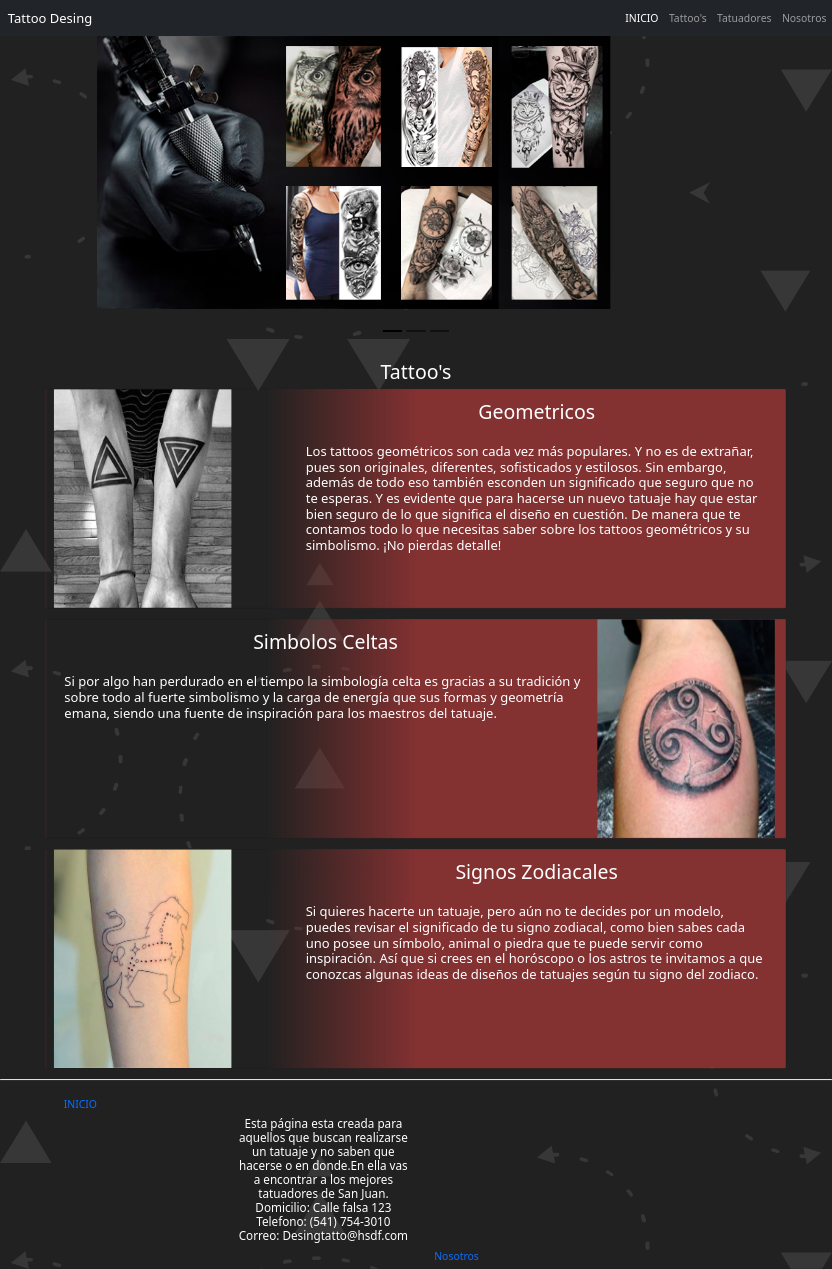
Repository: Vladimir-22/TatooDesign
Page: index.html
An editor plug-in stored every save of this project. The page is shown before and after the next save, followed by the edit.
The browser window is 1280 px wide. The pictures show the whole page, at 65% of full size.
Some web libraries are served in a nearby version.

Above is the page before, as saved 2021-05-19 21:47:34.

After the next save:
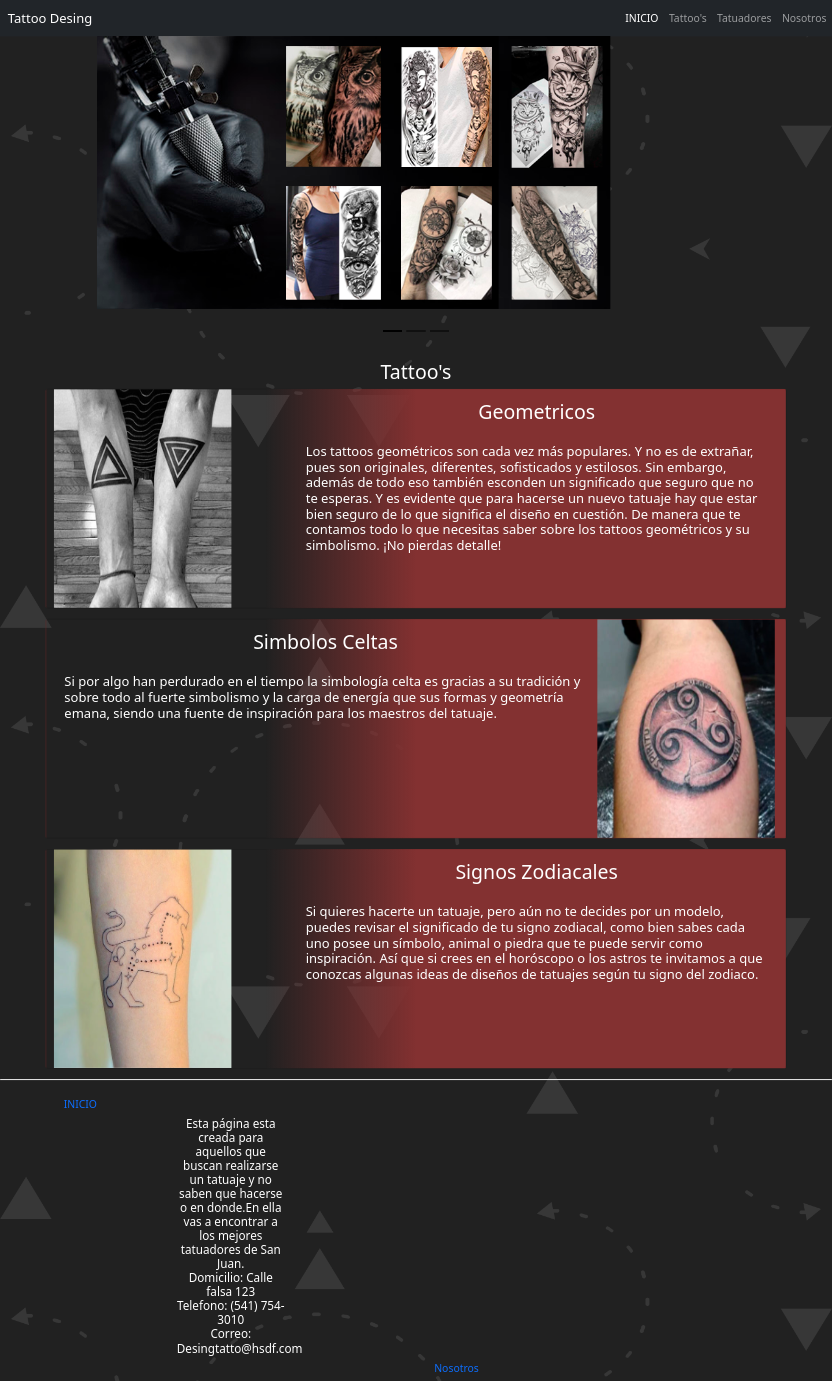
Saved 40 s later.
--- a/index.html
+++ b/index.html
@@ -268,16 +268,17 @@
       <div id="footer" class="card mb-3" style="auto"></div>
         <div class="container">
             <div class="row">
-                <div class="col-md-2">
+                <div class="col-md-3">
                     <div class="col align-self-start">
                         <a class="nav-link active" aria-current="page" href="#">INICIO</a>
                     </div>
                 </div>
-                <div <div class="col-md-2"></div>
+                <div class="col-md-3"></div>
+                <div class="col-md-3"></div>
             </div>
             <div class="row">
-                <div class="col-md-3"></div>
-                <div class="col-md-3">
+                <div class="col-md-2"></div>
+                <div class="col-md-2">
                     <h3 id="descrip-gral" class="card-text">
                         Esta página esta creada para aquellos que buscan realizarse un
                         tatuaje y no saben que hacerse o en donde.En ella vas a
